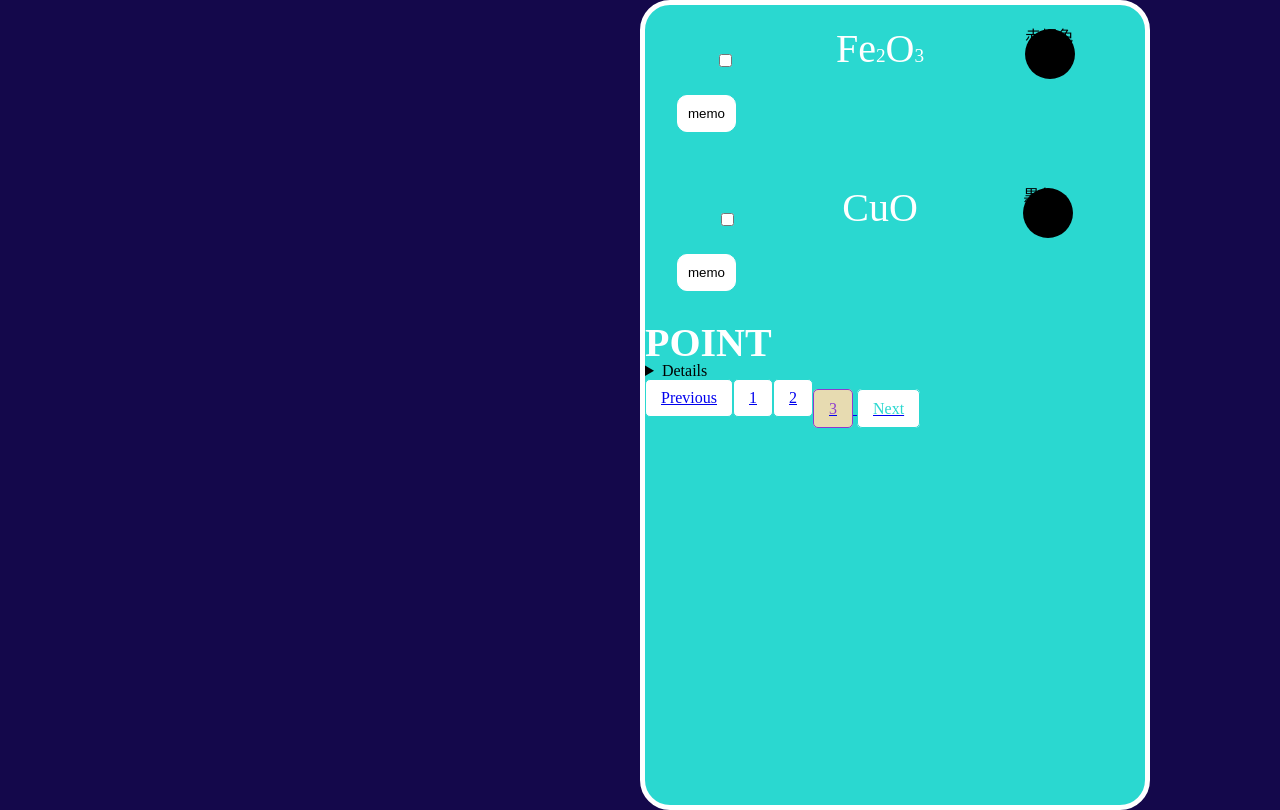
Repository: 1000sky/Inorganic_chemistry_application
Page: http://localhost/index6
The author's editor kept a copy of each file at every save. The page is drawn from the files as they stood at one save, then again after the next save.
The browser window is 1280 px wide. The pictures show the whole page.
The page is served by the project's Laravel application, run on PHP 8.4 with Laravel 8.

Above is the page before, as saved 2022-07-16 15:33:08.

After the next save:
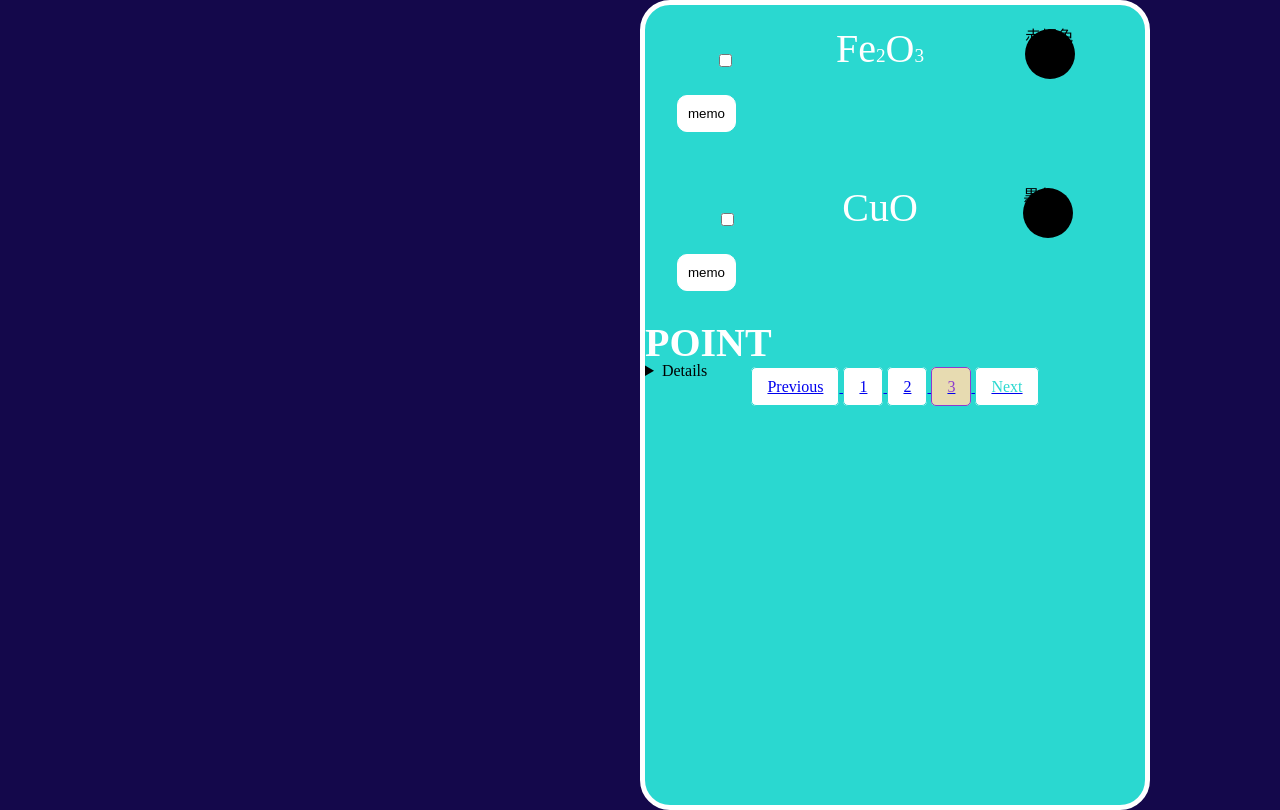
Saved 17 s later.
--- a/application/public/css/index.css
+++ b/application/public/css/index.css
@@ -63,8 +63,7 @@ span {
 
 .page{
   text-align: center;
-  display: flex;
-  align-items: flex-end;
+
 
 
 }
